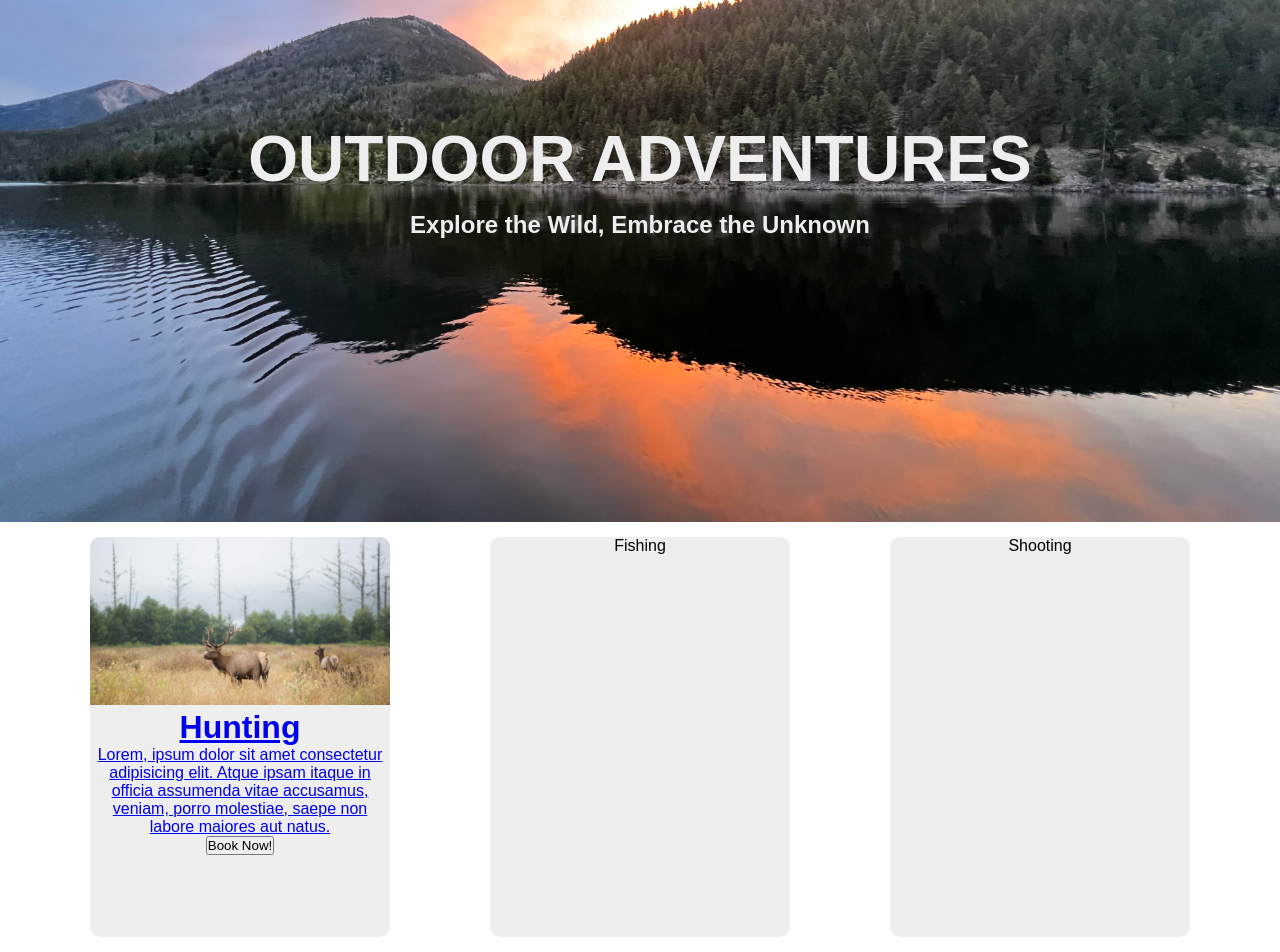
Repository: iforgotmylogin/WebDesignFinal
Page: index.html
These files come from the project's save history. The page is drawn as it stood at one moment and after the next save; the edit follows.
The browser window is 1280 px wide. The pictures show the part of the page from y = 290 to 1242 px (the page is 1242 px tall).
A picture or video elsewhere on the page could not be fetched, so the positions and the page height are approximate.

Above is the page before, as saved 2024-04-07 18:22:31.

After the next save:
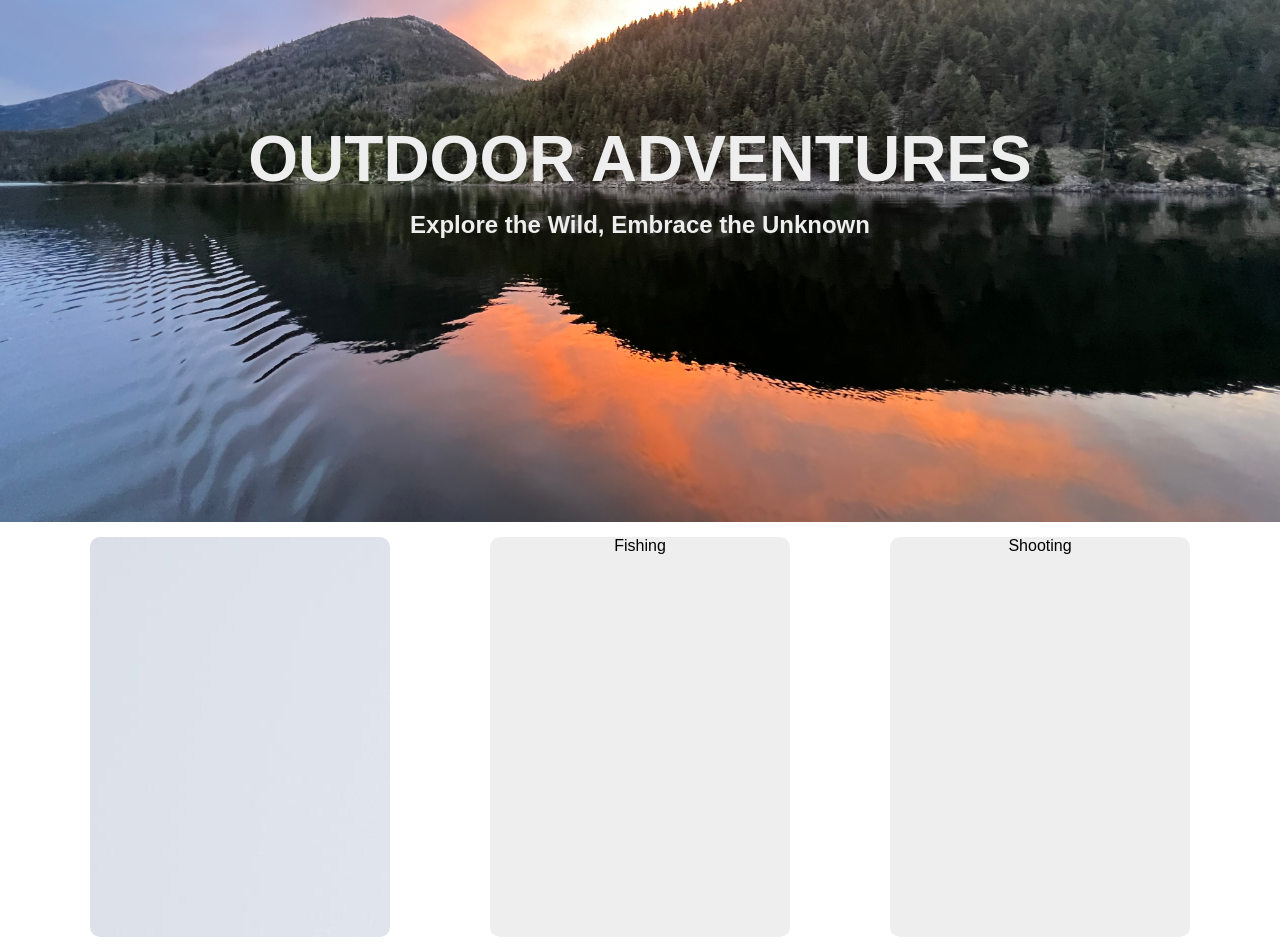
Saved 105 s later.
--- a/css/homepage.css
+++ b/css/homepage.css
@@ -23,12 +23,12 @@
     margin-right: 50px;
     border-radius: 10px;
 }
-.Hunting a{
+.container a{
     text-decoration: none;
 }
-.Hunting img{
+.hunting img{
     width: 100%;
 }
-.Hunting h1{
+.hunting h1{
     font-family: Arial, Helvetica, sans-serif;
 }

After the save that followed:
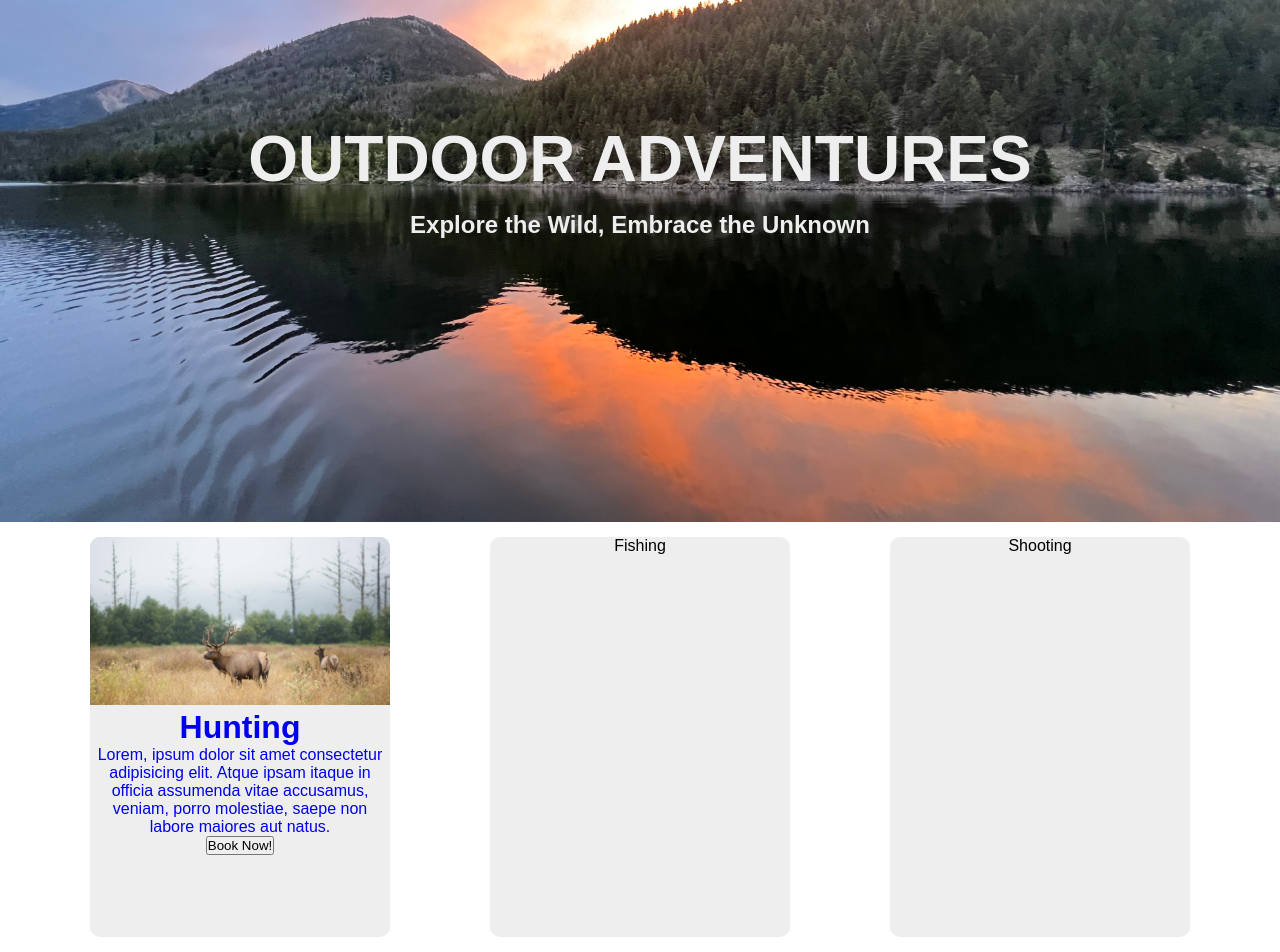
Saved 8 s later.
--- a/index.html
+++ b/index.html
@@ -49,7 +49,7 @@
     </main>
 
     <div class="container">
-        <a  href="#" data-aos="fade-up" class="box Hunting">
+        <a  href="#" data-aos="fade-up" class="box hunting">
             <img src="images/HuntingBackdrop.jpg" alt="Image of an Elk">
             <h1>Hunting</h1>
             <p>Lorem, ipsum dolor sit amet consectetur adipisicing elit. Atque ipsam itaque in officia assumenda vitae accusamus, veniam, porro molestiae, saepe non labore maiores aut natus.</p>
